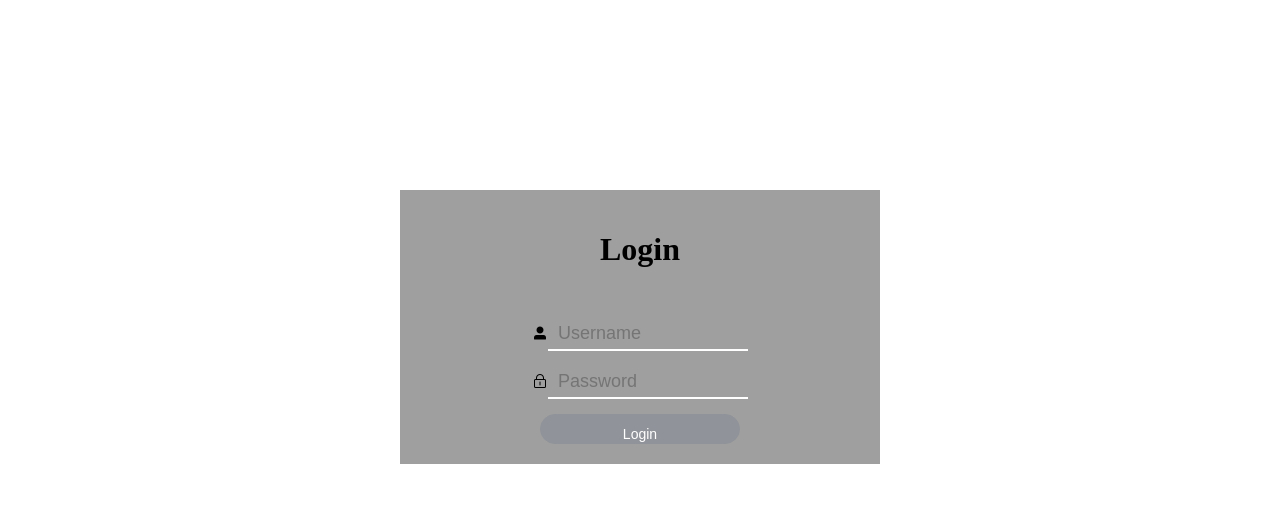
Repository: 951713487/net_shopping
Page: /
An editor plug-in stored every save of this project. The page is shown before and after the next save, followed by the edit.
The browser window is 1280 px wide. The pictures show the whole page.
The project was rebuilt for these pictures with package versions that can differ from the ones it lists, and the page was loaded fresh each time.

Above is the page before, as saved 2020-03-17 14:48:17.

### src/App.vue
<template>
  <div id="app">
  <router-view></router-view>
  </div>
</template>

<script>


export default {
  name: 'app'

}
</script>

<style>

</style>

### src/router/index.js
import Vue from 'vue'
import VueRouter from 'vue-router'
import Login from '../components/Login.vue'


Vue.use(VueRouter)



const router = new VueRouter({
  routes:[
    { path: '/' , redirect: '/login' },
    { path: '/login' , component: Login }
  ]
})

export default router

### src/plugins/element.js
import Vue from 'vue'
import { Button, Input } from 'element-ui'

Vue.use(Button)
Vue.use(Input)

### src/components/Login.vue
<template>
  <div id="login_box">
    <h1>Login</h1>
    <div class="form">
      <div class="item">
        <i class="el-icon-user-solid"></i>
        <input placeholder="Username" prefix-icon="el-icon-search" v-model="input1" type="text" />
      </div>
      <div class="item">
        <i class="el-icon-lock"></i>
        <input placeholder="Password" prefix-icon="el-icon-search" v-model="input2" type="password" />
      </div>
    </div>
    <el-button type="info" round>Login</el-button>
  </div>
</template>

<script>
export default {


};
</script>

<style lang="less" scoped>
#login_box {
  width: 30%;
  height: auto;
  border: 1px #000;
  margin: 0 auto;
  margin-top: 15%;
  text-align: center;
  background-color: #00000060;
  padding: 20px 50px;
}

#login_box .form{
    margin-top:50px;

}
#login_box .form .item{
    margin-top: 15px;
}
#login_box .form .item input{
    width: 180px;
    font-size: 18px;
    border: 0;
    border-bottom: 2px solid #fff;
    padding: 5px 10px;
    background: #ffffff00;
    color: #fff;

}
#login_box button{
    margin-top:15px;
    width: 200px;
    height: 30px
}
</style>

Loaded but not shown: public/index.html (common file); src/main.js (common file)

After the next save:
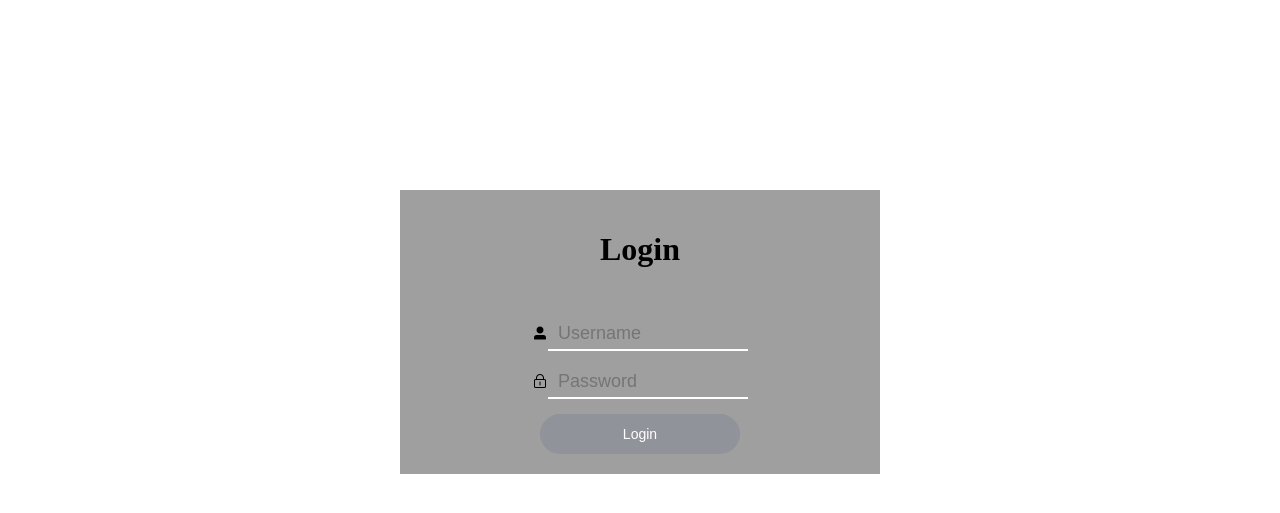
Saved 39 s later.
--- a/src/components/Login.vue
+++ b/src/components/Login.vue
@@ -55,5 +55,6 @@ export default {
     margin-top:15px;
     width: 200px;
     height: 30px
+    center
 }
 </style>
